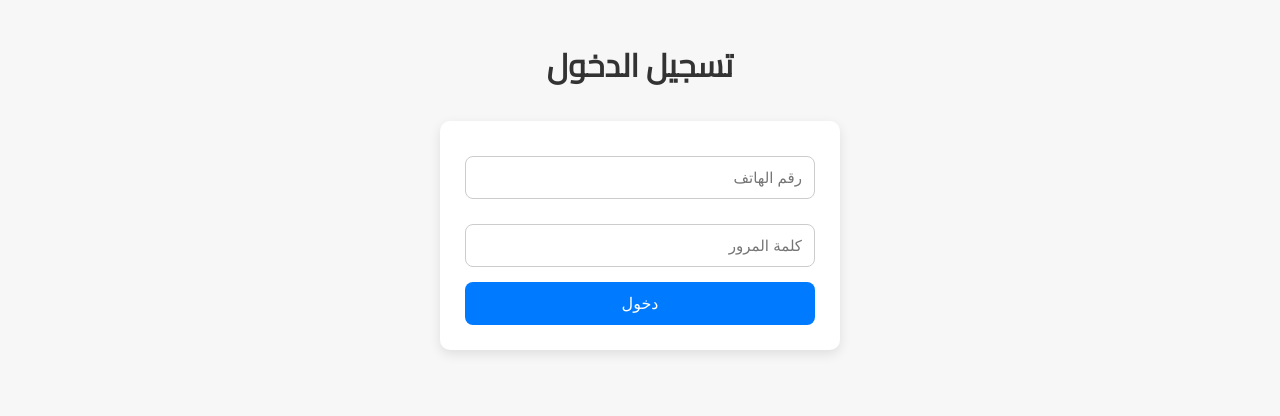
Repository: andy0800/una-website
Page: frontend/ar/login.html
An editor plug-in stored every save of this project. The page is shown before and after the next save, followed by the edit.
The browser window is 1280 px wide. The pictures show the whole page.

Above is the page before, as saved 2025-08-05 18:25:08.

After the next save:
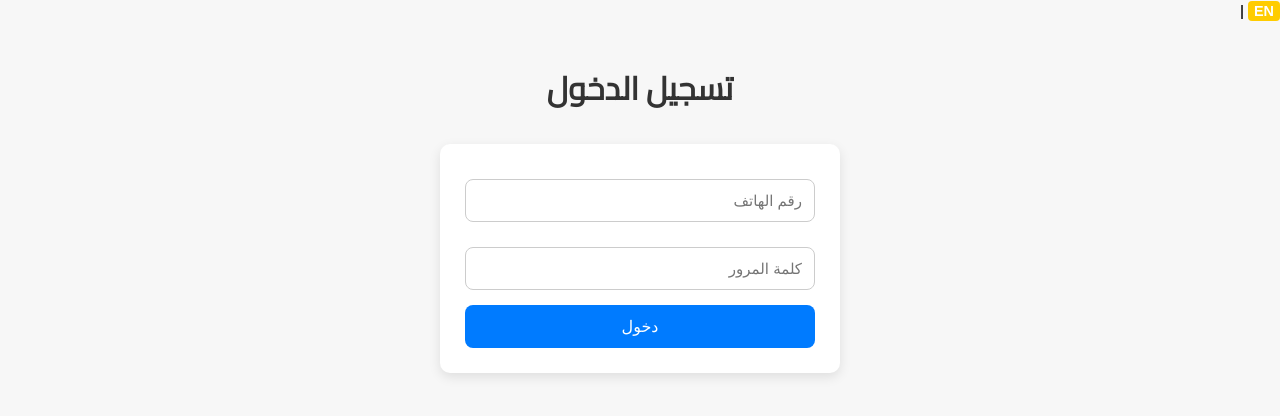
Saved 18 s later.
--- a/frontend/ar/login.html
+++ b/frontend/ar/login.html
@@ -19,6 +19,9 @@
     })();
   </script>
   <link href="https://fonts.googleapis.com/css2?family=Cairo&display=swap" rel="stylesheet">
+  <div class="lang-toggle" style="margin-left:auto; font-family: 'Montserrat', sans-serif; font-weight: 700; font-size: 0.9rem;">
+        <a href="../en/about.html" class="lang-link active" lang="en" hreflang="en" title="English" style="color:white; text-decoration:none; padding: 2px 6px; border-radius: 4px;">EN</a> |
+      </div>
 </head>
 <body>
 
